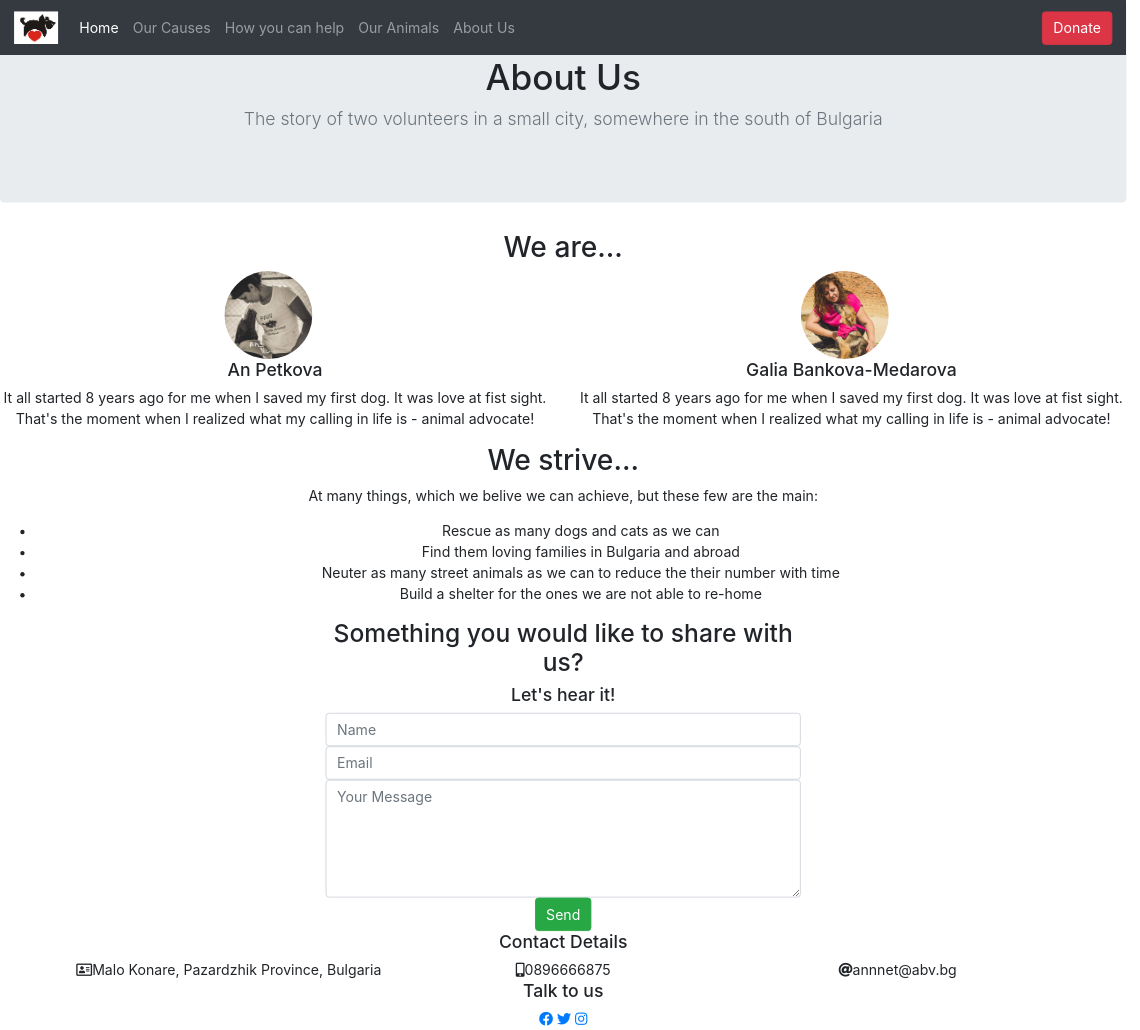
Repository: Naity17/PAW-first-website
Page: About-Us.html
The author's editor kept a record of every edit. The page is drawn from the files as they stood at one moment, then again after the next edit.
The browser window is 1280 px wide. The page is 1295 px wide, so the pictures cover 1295 px, including what lies to the right of the window. The pictures show the whole page, at 88% of full size.
Some web libraries are served in a nearby version.

Above is the page before.
Console error: TypeError: Cannot read properties of undefined (reading 'fn')

After the next edit:
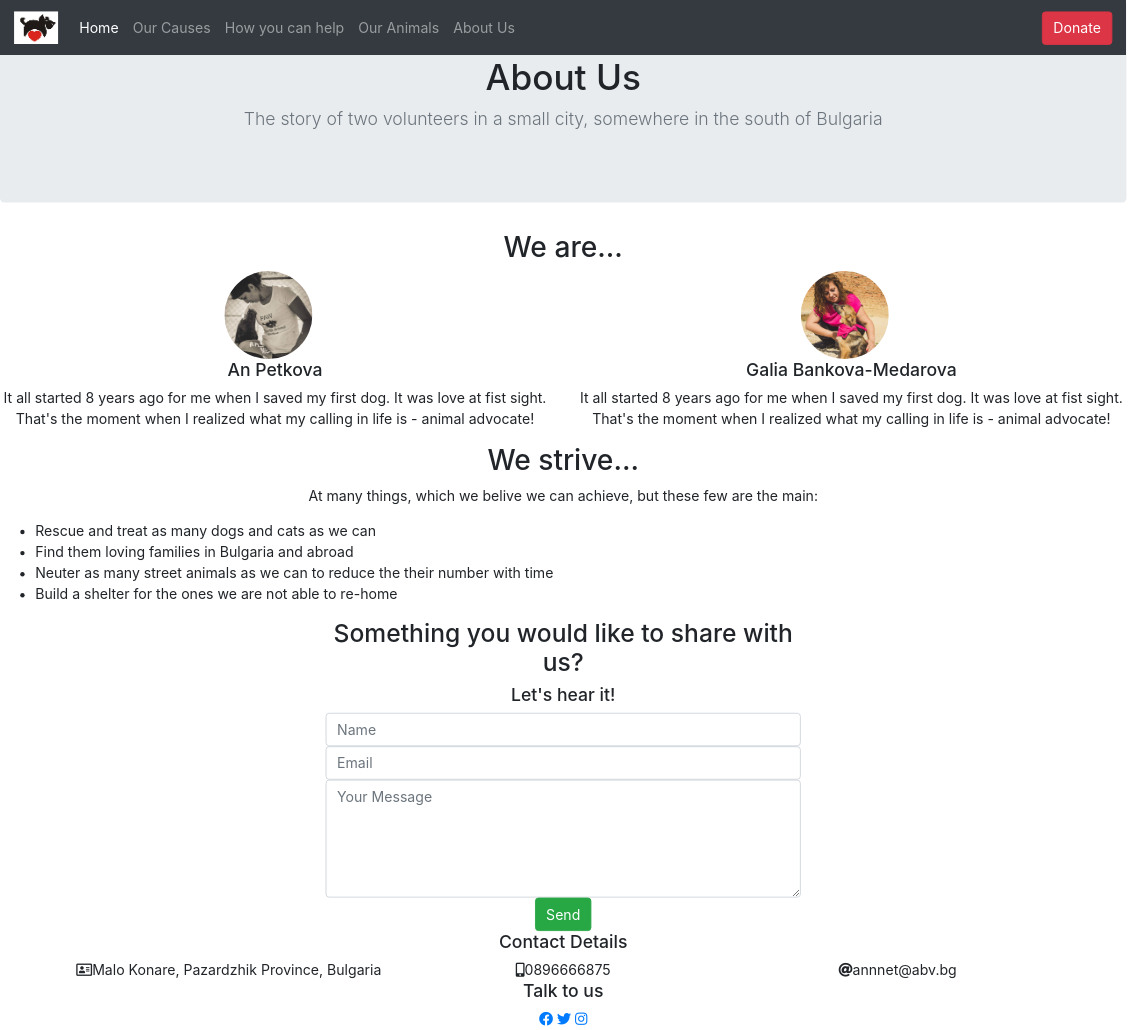
The edit:
--- a/About-Us.html
+++ b/About-Us.html
@@ -85,8 +85,8 @@
                     <div class="col">
                         <h2>We strive...</h2>
                         <p>At many things, which we belive we can achieve, but these few are the main:</p>
-                        <ul>
-                            <li>Rescue as many dogs and cats as we can</li>
+                        <ul class="text-left">
+                            <li>Rescue and treat as many dogs and cats as we can</li>
                             <li>Find them loving families in Bulgaria and abroad</li>
                             <li>Neuter as many street animals as we can to reduce the their number with time</li>
                             <li>Build a shelter for the ones we are not able to re-home</li>
